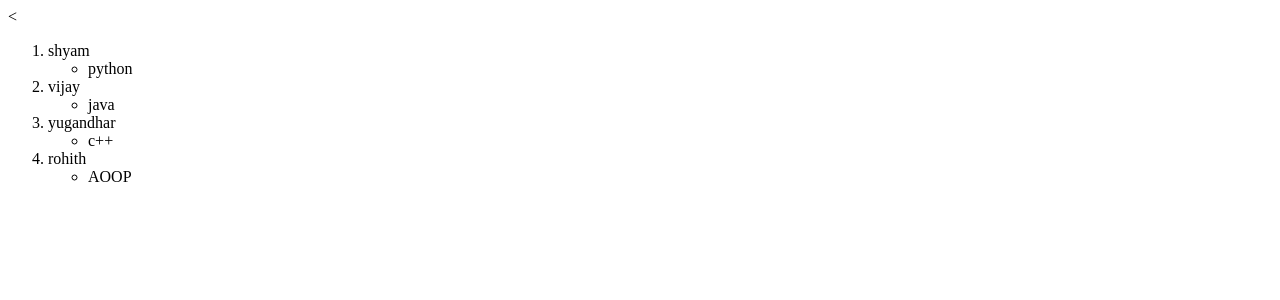
Repository: VIJAYkollu-7568/rakhi
Page: ServletProject/src/main/webapp/demo.html
These files come from the project's save history. The page is drawn as it stood at one moment and after the next save; the edit follows.
The browser window is 1280 px wide. The pictures show the whole page.

Above is the page before, as saved 2024-11-01 12:56:38.

### ServletProject/src/main/webapp/demo.html
<!DOCTYPE html>
<html>
<head>
<meta charset="UTF-8">
<title>Insert title here</title>
</head>
<<body>
    <main>
        <ol>
            <li>shyam</li>
                <ul>
                    <li>python</li>
                </ul>
            <li>vijay</li>
                <ul>
                    <li>java</li>
                </ul>
            <li>yugandhar</li>
                 <ul>
                    <li>c++</li>
                 </ul>
            <li>rohith</li>
                 <ul>
                    <li>AOOP</li>
                 </ul>
        </ol>
    </main>
</body>
</html>

After the next save:
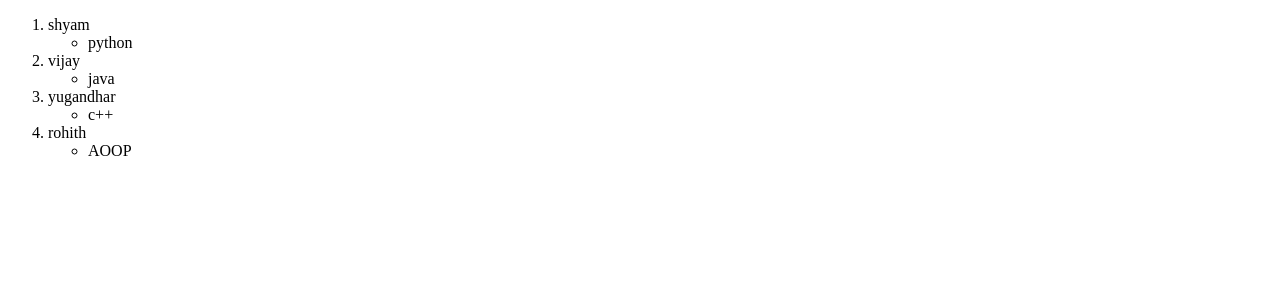
Saved 45 s later.
--- a/ServletProject/src/main/webapp/demo.html
+++ b/ServletProject/src/main/webapp/demo.html
@@ -4,7 +4,7 @@
 <meta charset="UTF-8">
 <title>Insert title here</title>
 </head>
-<<body>
+<body>
     <main>
         <ol>
             <li>shyam</li>
